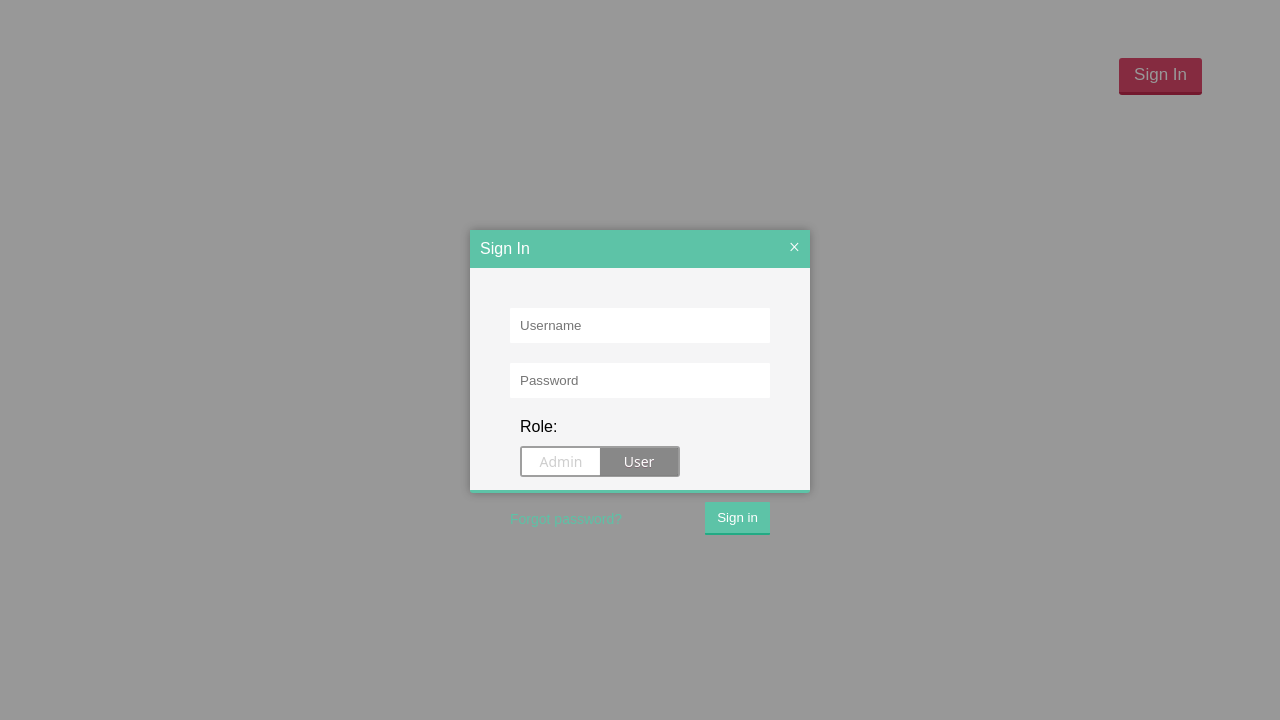
Repository: Mainak-Deb/EmployeeApprisalApp
Page: http://localhost/EmployeeApprisalForm/
An editor plug-in stored every save of this project. The page is shown before and after the next save, followed by the edit.
The browser window is 1280 px wide. The pictures show the whole page.
The page is served by Tomcat 9. Other server files are loaded and not shown.

Above is the page before, as saved 2023-06-16 06:25:20.

### EmployeeApprisalForm/src/main/webapp/WEB-INF/views/index.jsp
<%@ page language="java" contentType="text/html; charset=ISO-8859-1"
    pageEncoding="ISO-8859-1"%>
<!DOCTYPE html>
<html>
<head>
<meta charset="ISO-8859-1">
<title>Insert title here</title>
<link rel="stylesheet" href="public/styles/index.css" />
</head>
<body>
<span class="button">Sign In</span>
<div class="modal-bg">
<div id="modal">
	<span>Sign In<a href="#close" id="close">&#215;</a></span>
	<form>
		<input id="username" name="username" type="textbox" placeholder="Username" required>
		<input id="password" name="password" type="password" placeholder="Password" required>
		<div>
	         <label for="gender">Role:</label> <br>
	         <div class="radio">
				<input label="Admin" type="radio" id="admin" name="role" value="admin">
				<input label="User" type="radio" id="user" name="role" value="user" checked>
			</div>
		</div>
		<a id="forgot-link" href="#">Forgot password?</a>
		<button name="submit" id="submit" type="submit">Sign in</button>
	</form>
</div>
</div>
<script src="https://code.jquery.com/jquery-3.6.0.min.js"></script>
<script type="text/javascript">
$('.button').click(function(){
	  $('#modal').css('display','block');
	  $('.modal-bg').fadeIn();
});

	$('#close').click(function(){
		  $('.modal-bg').fadeOut();
		  $('#modal').fadeOut();
	  return false;
	});
</script>
</body>
</html>

### EmployeeApprisalForm/src/main/webapp/public/styles/index.css
@charset "ISO-8859-1";
body{
 /* background-color:#292B2C;*/
 font-family: 'PT Sans', sans-serif;
}
a{
	outline: 0;
	text-decoration: none;
}
.modal-bg{
	position:fixed;
	left:0;right:0;
	top:0;bottom:0;
	z-index:100;
	background-color:rgba(50,50,50,0.5);
}

.button{
	position:relative;
	font-size:17px;
	background:#DA244F;
	border-radius: 3px;
	border-bottom: 3px solid #B5002A;
	padding:7px 15px;
	color:#fff;
	cursor:pointer;
	float:right;
	margin:50px 70px;
 	-webkit-transition:margin 100ms;
	-moz-transition:margin 100ms;
	transition:margin 100ms ;
}
.button:active{
   margin: 53px 70px;
}
.button:hover{
	background:#C40532;
}
form{
	display:block;
	margin:30px;
  padding:px;
}
form *{
	margin:10px;
}
input:focus{
  outline:0;
}
input{
	width:240px;
	padding:10px;
	border:none;
	border-radius:1px;
}
button{
	float: right;
	padding: 8px 12px;
	margin-top: 15px;
	background: #5DC3A7;
	border: none;
	color: #fff;
	border-bottom: 2px solid #23AA84;
	border-radius: 1px;
	cursor: pointer;
}
button:active{
	margin: 18px 10px;
}
button:hover{
	background-color: #0FC491;
}
#forgot-link{
	font-size: 14px;
	line-height: 45px;
	color: #5DC3A7;
	display: inline-block;
}
#forgot-link:hover{
	color: #23AA84;
}
#modal{
	position:absolute;
	background-color:#F5F5F6;
	top:50%;
	left:50%;
	z-index:101;
	border-radius:3px;
	width:340px;
	height:260px;
	margin-top:-130px;
	margin-left:-170px;
	border-bottom: 3px solid #5DC3A7;
	box-shadow:0 0 10px 0 rgba(0,0,0,0.3);
}

#modal span{
	display: block;
	background:#5DC3A7;
	padding: 10px;
	color:#fff;
}
#close{
	float: right;
	color: #fff;
  margin-top:-4px;
	font-family: serif;
	font-size: 20px;
}
#close:hover{
	color:gray;
}


.radio {
	border-radius: 3px;
	border: 2px solid #2b2b2b6d;
	display:flex;
	flex-direction:row;
	width:60%;
}

.radio input {
	width: 50%;
	height: auto;
	margin:0px;
	margin-bottom:0px;
	-webkit-appearance: none;
	-moz-appearance: none;
	appearance: none;
	outline: none;
	cursor: pointer;
	border-radius:0px;
	padding: 4px 8px;
	background-color: rgba(255,255,255);
	color: #bdbdbdbd;
	font-size: 14px;
	font-family: system-ui, -apple-system, BlinkMacSystemFont, "Segoe UI", Roboto,
		"Helvetica Neue", Arial, "Noto Sans", sans-serif, "Apple Color Emoji",
		"Segoe UI Emoji", "Segoe UI Symbol", "Noto Color Emoji";
	transition: all 100ms linear;

}

.radio input:checked {
	background-color: rgba(0, 0, 0, 0.447);
	color: #fff;
	box-shadow: 0 1px 1px #0000002e;
	text-shadow: 0 1px 0px #79485f7a;
}

.radio input:before {
	content: attr(label);
	display: inline-block;
	text-align: center;
	width: 100%;
}

After the next save:
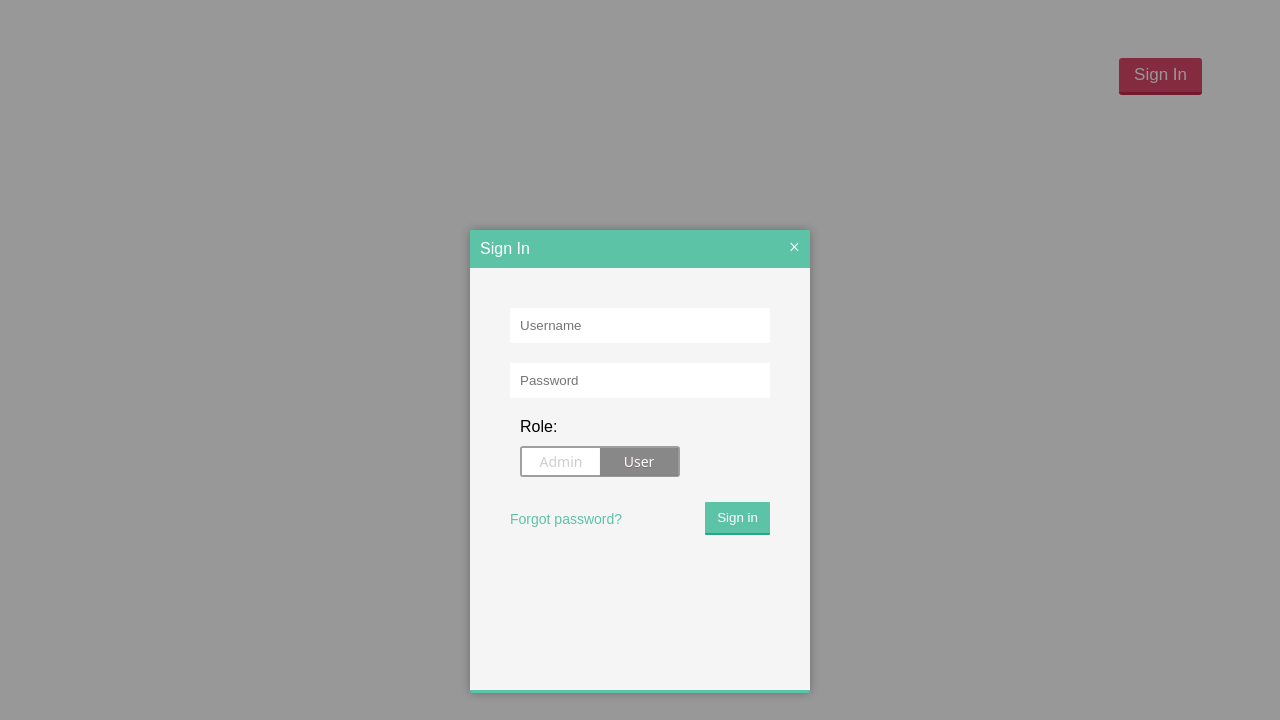
Saved 94 s later.
--- a/EmployeeApprisalForm/src/main/webapp/public/styles/index.css
+++ b/EmployeeApprisalForm/src/main/webapp/public/styles/index.css
@@ -87,7 +87,7 @@ button:hover{
 	z-index:101;
 	border-radius:3px;
 	width:340px;
-	height:260px;
+	height:460px;
 	margin-top:-130px;
 	margin-left:-170px;
 	border-bottom: 3px solid #5DC3A7;
